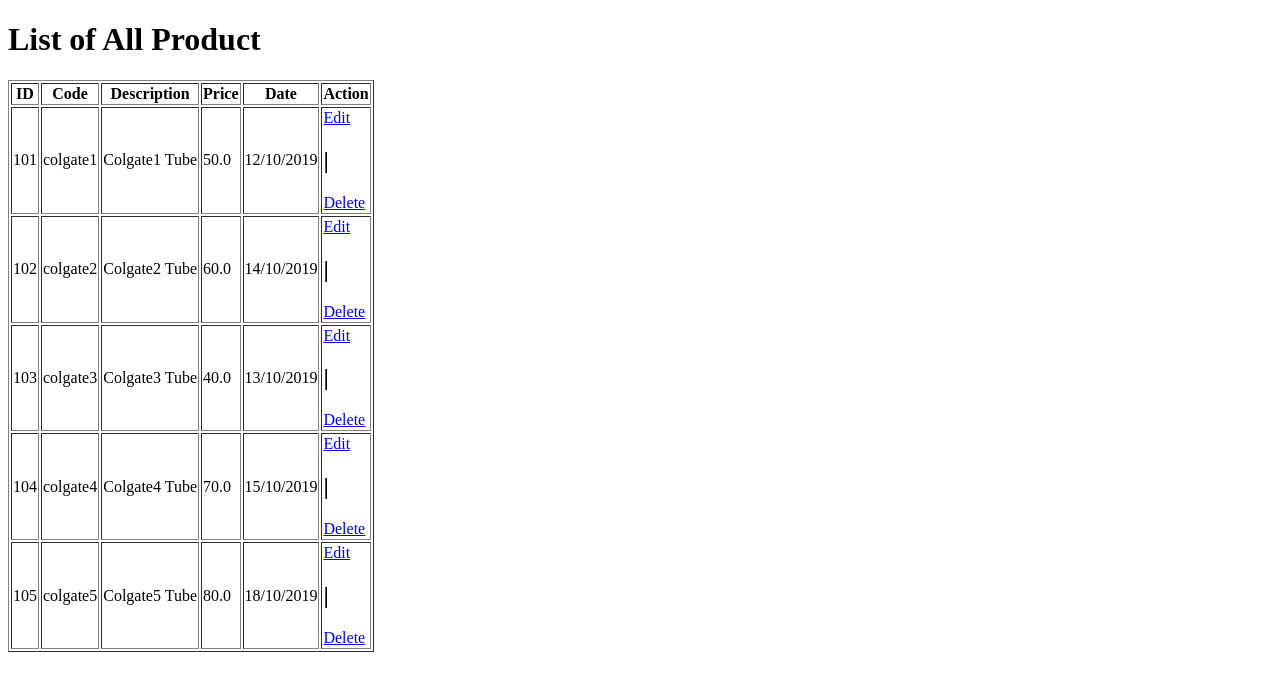
Repository: priyankamergu/MyAllProjects
Page: http://localhost/OnlineShopping/ProductController
An editor plug-in stored every save of this project. The page is shown before and after the next save, followed by the edit.
The browser window is 1280 px wide. The pictures show the whole page.
The page is served by Tomcat 9.

Above is the page before, as saved 2019-11-18 09:56:22.

After the next save:
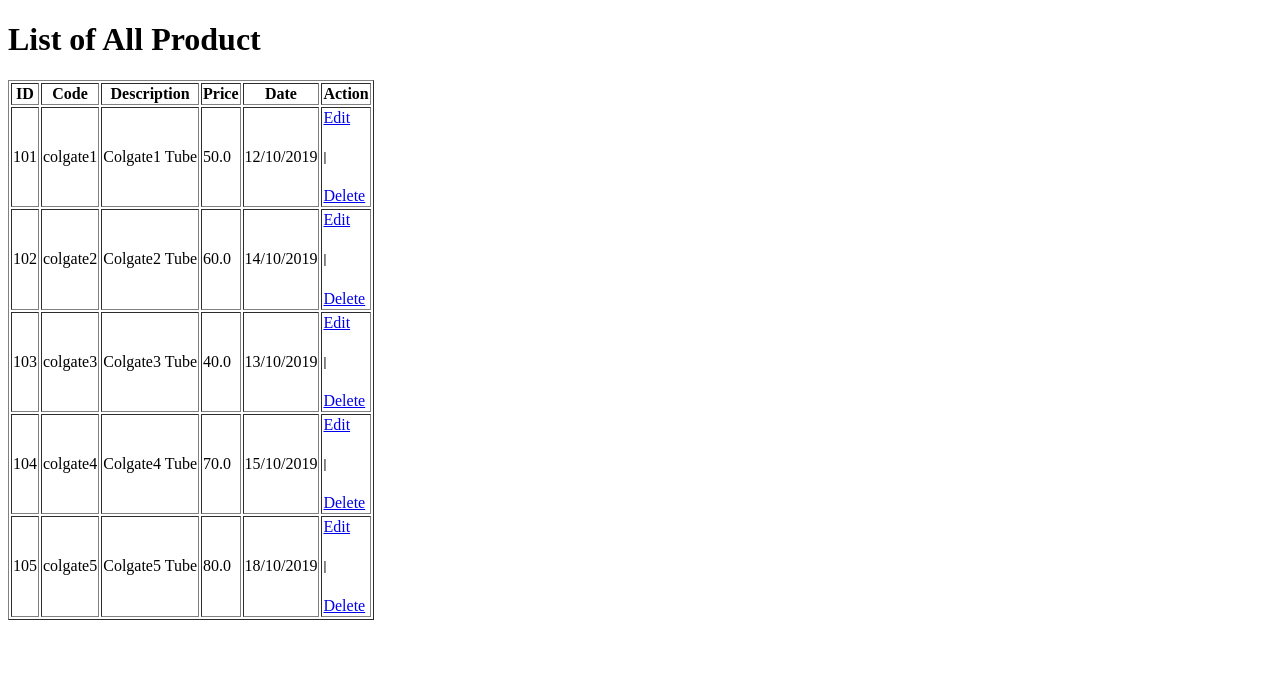
Saved 14 s later.
--- a/Workspace_JEE7_WEB/OnlineShopping/WebContent/ProductList.jsp
+++ b/Workspace_JEE7_WEB/OnlineShopping/WebContent/ProductList.jsp
@@ -29,7 +29,7 @@
 <fmt:formatDate value="${product.manfDate }" pattern="dd/mm/yyyy"/>
 </td>
 
-<td><a href="#">Edit</a> <h2>|</h2> <a href="ProductController?action=delete&id=${product.id}">Delete</a>
+<td><a href="#">Edit</a> <h5>|</h5> <a href="ProductController?action=delete&id=${product.id}">Delete</a>
 </td>
 </tr>
 

After the save that followed:
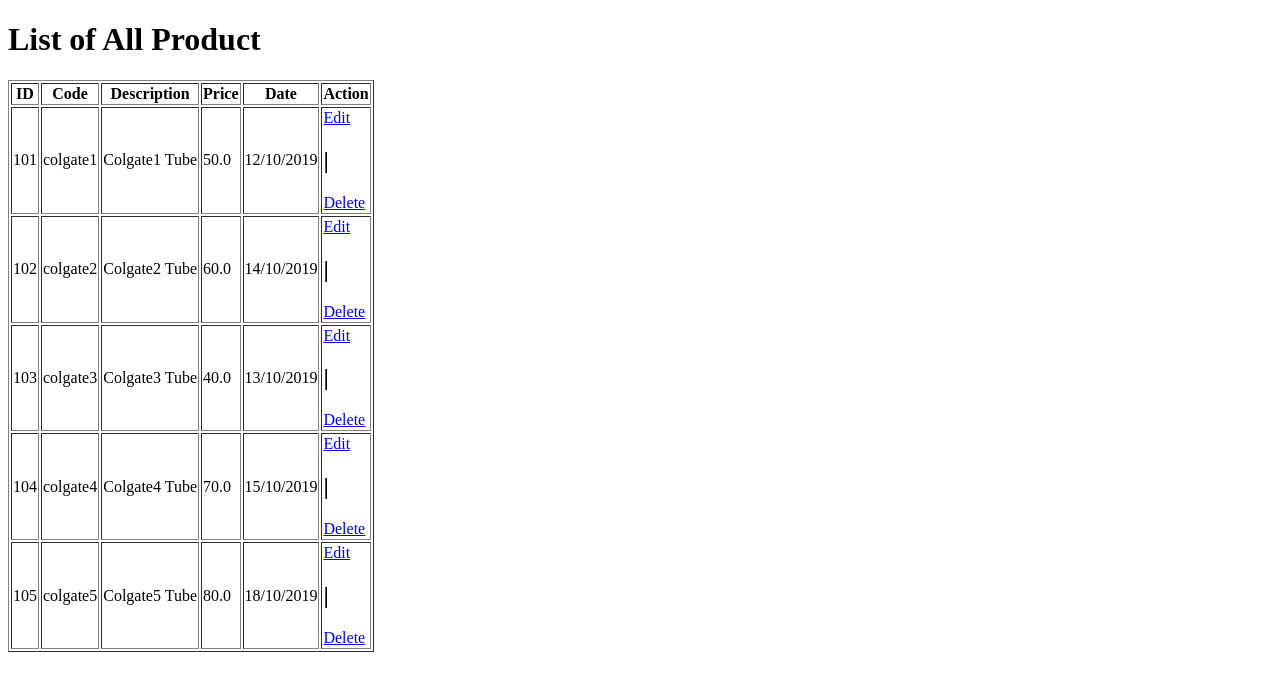
Saved 7 s later.
--- a/Workspace_JEE7_WEB/OnlineShopping/WebContent/ProductList.jsp
+++ b/Workspace_JEE7_WEB/OnlineShopping/WebContent/ProductList.jsp
@@ -29,7 +29,7 @@
 <fmt:formatDate value="${product.manfDate }" pattern="dd/mm/yyyy"/>
 </td>
 
-<td><a href="#">Edit</a> <h5>|</h5> <a href="ProductController?action=delete&id=${product.id}">Delete</a>
+<td><a href="#">Edit</a> <h2>|</h5> <a href="ProductController?action=delete&id=${product.id}">Delete</a>
 </td>
 </tr>
 
